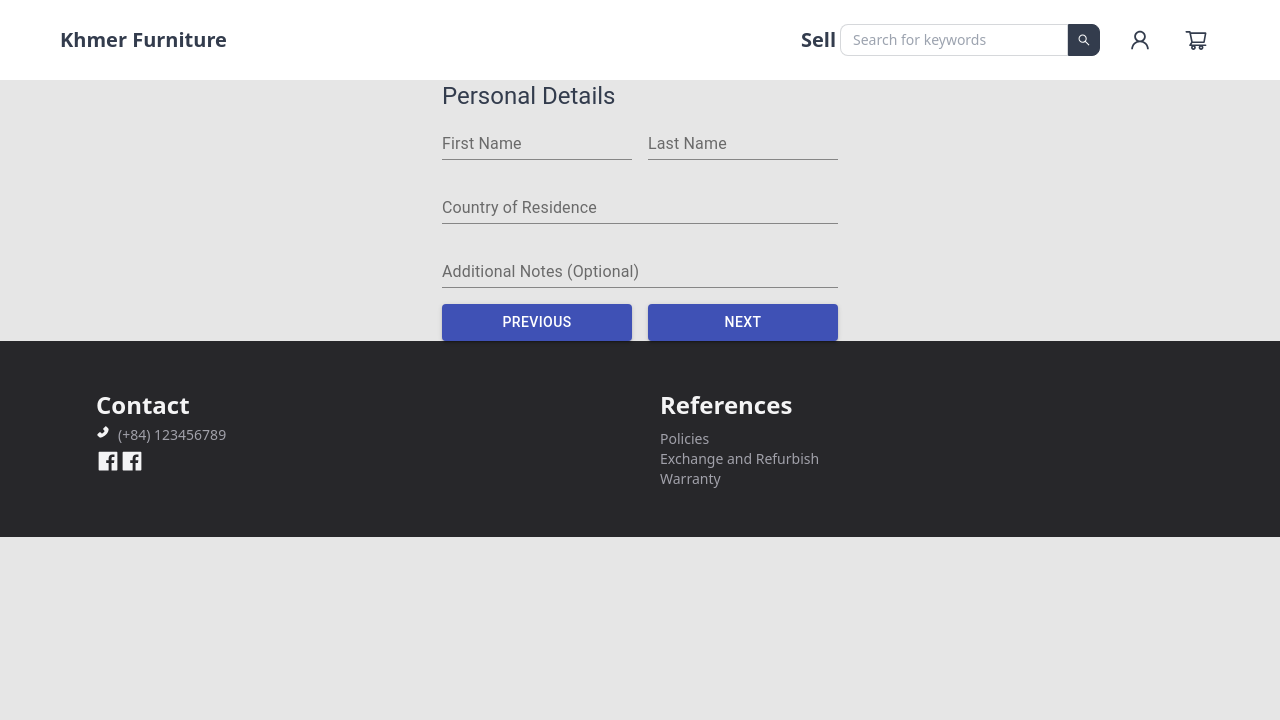
Repository: PlayerNguyen/dotot-shop
Page: /sell (app in client/)
The author's editor kept a copy of each file at every save. The page is drawn from the files as they stood at one save, then again after the next save.
The browser window is 1280 px wide. The pictures show the whole page.
An inner scrolling area shows only its first screen. The project was rebuilt for these pictures with package versions that can differ from the ones it lists, and the page was loaded fresh each time. Also part of the build but not shown: client/src/components/NoMatch/NoMatch.jsx, client/src/components/Sell/Confirmation.js, client/src/components/Sell/Success.js.

Above is the page before, as saved 2022-12-06 11:32:27.

### client/src/index.html
<!DOCTYPE html>
<html lang="en" data-theme="emerald">
  <head>
    <meta charset="UTF-8" />
    <meta http-equiv="X-UA-Compatible" content="IE=edge" />
    <meta name="viewport" content="width=device-width, initial-scale=1.0" />
    <title>dotot.com - Nơi mua bán đồ cũ</title>
    <link rel="stylesheet" href="./index.css" />
  </head>
  <body>
    <div id="app"></div>

    <script src="./index.js" type="module"></script>
  </body>
</html>

### client/src/index.js
import React, { Suspense } from "react";
import client from "react-dom/client";
import { BrowserRouter } from "react-router-dom";
import App from "./App";
import "./index.css";
const appElement = document.getElementById("app");
let root = client.createRoot(appElement);
import { Provider } from "react-redux";
import { store } from "./stores/globalStore";

root.render(
  <React.StrictMode>
    <BrowserRouter>
      <Provider store={store}>
        <App />
      </Provider>
    </BrowserRouter>
  </React.StrictMode>
);

### client/src/App.jsx
import React, { Suspense } from "react";
import { ToastContainer } from "react-toastify";
import { Link, Route, Routes } from "react-router-dom";
const Home = React.lazy(() => import("./components/Home/Home"));
const Credentials = React.lazy(() =>
  import("./components/Credentials/Credentials")
);
import "react-toastify/dist/ReactToastify.css";
const SignUp = React.lazy(() => import("./components/Credentials/SignUp"));
const SignIn = React.lazy(() => import("./components/Credentials/SignIn"));
import Navbar from "./components/Navbar/Navbar";
const SignOut = React.lazy(() => import("./components/Credentials/SignOut"));
const CredentialSelection = React.lazy(() =>
  import("./components/Credentials/CredentialSelection")
);

import NoMatch from "./components/NoMatch/NoMatch";
import Footer from "./components/Footer/Footer";

const Product = React.lazy(() => import("./components/Product/Product"));
const ProductView = React.lazy(() =>
  import("./components/Product/ProductView")
);
const Profile = React.lazy(() => import("./components/Profile/Profile"));
const ProfileGeneral = React.lazy(() =>
  import("./components/Profile/ProfileGeneral")
);
const RequestSignedIn = React.lazy(() =>
  import("./components/RequestSignedIn/RequestSignedIn")
);

import { AiFillHome, AiOutlineUser } from "react-icons/ai";
const Checkout = React.lazy(() => import("./components/Checkout/Checkout"));

import Sell from "./components/Sell/Sell";

export default function App() {
  return (
    <div className="drawer bg-base-200">
      <input id="app-drawer" type="checkbox" className="drawer-toggle" />

      <div className="drawer-content flex flex-col">
        {/* Navbar */}
        <Suspense>
          <Navbar />
        </Suspense>

        {/* Render home */}
        <Routes>
          <Route path="/">
            <Route
              index
              element={
                <Suspense>
                  <Home />
                </Suspense>
              }
            />
            <Route
              path="/users"
              element={
                <Suspense>
                  <Credentials />
                </Suspense>
              }
            >
              {/* TODO: check whether user is logged in or not, to put current */}
              <Route
                index
                element={
                  <Suspense>
                    <CredentialSelection />
                  </Suspense>
                }
              />
              <Route
                path="/users/sign-up"
                element={
                  <Suspense>
                    <SignUp />
                  </Suspense>
                }
              />
              <Route
                path="/users/sign-in"
                element={
                  <Suspense>
                    <SignIn />
                  </Suspense>
                }
              />
              <Route path="/users/sign-out" element={<SignOut />} />
            </Route>
            <Route
              path="/products"
              element={
                <Suspense>
                  <Product />
                </Suspense>
              }
            >
              <Route
                path=":productId"
                element={
                  <Suspense>
                    <ProductView />
                  </Suspense>
                }
              />
            </Route>
            <Route
              element={
                <Suspense>
                  <RequestSignedIn />
                </Suspense>
              }
            >
              <Route
                path="/profile"
                element={
                  <Suspense>
                    <Profile />
                  </Suspense>
                }
              >
                <Route
                  path="/profile/general"
                  element={
                    <Suspense>
                      <ProfileGeneral />
                    </Suspense>
                  }
                />
              </Route>
            </Route>
            <Route
              path="/checkout"
              element={
                <Suspense>
                  <Checkout />
                </Suspense>
              }
            ></Route>
            <Route path="/sell" element={<Sell />} />
            <Route path="*" element={<NoMatch />} />
          </Route>
        </Routes>

        {/* Footer */}
        <Footer />
      </div>
      {/* Drawer side */}
      <div className="drawer-side">
        <label htmlFor="app-drawer" className="drawer-overlay"></label>
        <ul className="menu p-4 overflow-y-auto w-80 bg-base-100">
          <li>
            <Link to="/" className="">
              <i>
                <AiFillHome />
              </i>
              <span>Home</span>
            </Link>
          </li>

          <li>
            <Link to="/profile">
              <i>
                <AiOutlineUser />
              </i>
              <span>Users</span>
            </Link>
          </li>
        </ul>
      </div>

      <ToastContainer />
    </div>
  );
}

### client/src/stores/globalStore.ts
import { configureStore } from "@reduxjs/toolkit";
import cartSliceReducer from "../slices/CartSlice";
export const store = configureStore({
  reducer: {
    cart: cartSliceReducer,
  },
});

// Infer the `RootState` and `AppDispatch` types from the store itself
export type RootState = ReturnType<typeof store.getState>;
// Inferred type: {posts: PostsState, comments: CommentsState, users: UsersState}
export type AppDispatch = typeof store.dispatch;

### client/src/components/Navbar/Navbar.jsx
import { useState } from "react";
import {
  AiFillSetting,
  AiOutlineSearch,
  AiOutlineShoppingCart,
  AiOutlineUser,
} from "react-icons/ai";
import { ImExit } from "react-icons/im";
import { FiMenu } from "react-icons/fi";
import { Link } from "react-router-dom";

export default function Navbar() {
  const [cartSize, setCartSize] = useState(0);
  const [signedIn, setSignedIn] = useState(false);

  useState(() => {
    setSignedIn(localStorage.getItem("token") !== null);
  }, [localStorage]);

  return (
    <div className="navbar bg-base-100 lg:px-12">
      {/* Navbar start section */}
      <div className="flex flex-row lg:hidden">
        <label htmlFor="app-drawer" className="drawer-button btn btn-ghost">
          <FiMenu className="text-xl" />
        </label>
      </div>

      <div className="flex-1 px-3">
        <Link to="/">
          <h1 className="text-xl font-bold">Khmer Furniture</h1>
        </Link>
      </div>

      {/* Wide screen  */}
      <div className="hidden lg:flex flex-row gap-1 text-2xl">
      <Link to="/sell">
          <h1 className="text-xl font-bold">Sell </h1>
          <span></span>
        </Link>
        {/* Search group */}
        <div>
          <div className=" input-group">
            <input
              className="input input-bordered input-sm"
              placeholder="Search for keywords"
            />
            <button className="btn btn-square btn-sm">
              <AiOutlineSearch />
            </button>
          </div>
        </div>
        {/* Link group */}
        <div className="menu menu-horizontal p-2 rounded-box text-md">
          {!signedIn ? (
            <li>
              <Link to={"/users/"}>
                <AiOutlineUser />
              </Link>
            </li>
          ) : (
            <li>
              <div className="dropdown dropdown-end dropdown-hover block">
                <label tabIndex={0}>
                  <AiOutlineUser />
                </label>
                <ul
                  tabIndex={0}
                  className="menu dropdown-content p-2 shadow bg-base-100 rounded-box w-52 mt-4 text-sm"
                >
                  <li className="block">
                    <Link to="/profile">
                      <AiFillSetting />
                      Profile
                    </Link>
                  </li>
                  <li className="block">
                    <Link to={`/users/sign-out`}>
                      <ImExit />
                      Sign out
                    </Link>
                  </li>
                </ul>
              </div>
            </li>
          )}

          <li>
            <Link to={"/checkout"} className="relative">
              <AiOutlineShoppingCart />
              {cartSize && cartSize > 0 ? (
                <span className="text-sm ">{cartSize}</span>
              ) : null}
            </Link>
          </li>
        </div>
      </div>

      {/* For small screen */}
      <div className="lg:hidden">
        <div className="menu menu-horizontal p-2 rounded-box text-xl">
          {/* Shopping cart */}
          <li>
            <a className="relative">
              <span>
                <AiOutlineShoppingCart />
              </span>
              {cartSize && cartSize > 0 ? (
                <span className="absolute text-sm left-2 top-2 bg-red-400 px-2 rounded-full text-white">
                  {cartSize}
                </span>
              ) : null}
            </a>
          </li>
          {/* Search */}
          <li>
            <a className="relative">
              <AiOutlineSearch />
            </a>
          </li>
        </div>
      </div>
    </div>
  );
}

### client/src/components/Footer/Footer.jsx
import React from "react";
import { AiFillFacebook, AiFillPhone } from "react-icons/ai";

export default function Footer() {
  return (
    <div className="footer-wrapper bg-zinc-800 text-zinc-100 md:px-12">
      <footer className="footer p-12 min-h-[20vh] flex flex-col gap-4 sm:flex-row  sm:gap-10">
        <div className="flex flex-col gap-1 flex-1">
          {/* <div className="font-bold text-2xl">General</div> */}
          <div className={`font-bold text-2xl`}>Contact</div>

          <div>
            <div className="flex flex-row gap-2">
              <span>
                <AiFillPhone />
              </span>
              <span className="text-zinc-400">(+84) 123456789</span>
            </div>
            {/* Social medias */}
            <div className="flex flex-row text-2xl my-1">
              <div>
                <AiFillFacebook />
              </div>
              <div>
                <AiFillFacebook />
              </div>
            </div>
          </div>
        </div>

        <div className="flex-1">
          <div className="text-2xl font-bold">References</div>
          <div className="text-zinc-400">
            <div>Policies</div>
            <div>Exchange and Refurbish</div>
            <div>Warranty</div>
          </div>
        </div>
      </footer>
    </div>
  );
}

### client/src/components/Sell/Sell.jsx
import React, { Component } from 'react'
import UserDetails from './ProductDetails';
import ProductDetails from './UserDetails';
import Confirmation from './Confirmation';
import Success from './Success';

export default class Sell extends Component{

  state = {
    step: 1,
    category: '',
    username: '',
    password: '',
    firstName: '',
    lastName: '',
    country: '',
    levelOfEducation: '',
  }

  // go back to previous step
  prevStep = () => {
    const { step } = this.state;
    this.setState({ step: step - 1 });
  }

  // proceed to the next step
  nextStep = () => {
    const { step } = this.state;
    this.setState({ step: step + 1 });
  }

  // Handle fields change
  handleChange = input => e => {
    this.setState({ [input]: e.target.value });
  }

  render() {
    const { step } = this.state;
    const { category, username, password, firstName, lastName, country, levelOfEducation } = this.state;
    const values = { category, username, password, firstName, lastName, country, levelOfEducation }

    switch(step) {
      case 1:
        return (
          <ProductDetails
            nextStep={ this.nextStep }
            handleChange={ this.handleChange }
            values={ values }
          />
        )
      case 2:
        return (
          <UserDetails
            prevStep={ this.prevStep }
            nextStep={ this.nextStep }
            handleChange={ this.handleChange }
            values={ values }
          />
        )
      case 3:
          return (
            <Confirmation
              prevStep={ this.prevStep }
              nextStep={ this.nextStep }
              values={ values }
            />
          )
        case 4:
          return (
            <Success />
          )
      default:
          // do nothing
    }
  }

}

### client/src/slices/CartSlice.ts
import { createSlice } from "@reduxjs/toolkit";
import type { PayloadAction } from "@reduxjs/toolkit";

const cart = localStorage.getItem(
  process.env.CART_ITEM_KEY_NAME ? process.env.CART_ITEM_KEY_NAME : "cartItems"
);
const initialState = {
  items: cart ? JSON.parse(cart) : new Set(),
};

const CartSlice = createSlice({
  name: "Cart",
  initialState,
  reducers: {
    addCartItem: (state, action: PayloadAction<string>) => {
      if (!state.items.includes(action.payload)) {
        state.items = [...state.items, action.payload];
      }
    },
    removeCartItem: (state, action: PayloadAction<string>) => {
      state.items = [...state.items].filter((ele) => ele !== action.payload);
    },
    clearCartItem: (state) => {
      state.items = [];
    },
  },
});

export const { addCartItem, removeCartItem, clearCartItem } = CartSlice.actions;

export default CartSlice.reducer;

### client/src/components/Sell/UserDetails.js
import React from 'react'
import { Container, Typography, Grid, TextField, Button } from '@material-ui/core'

const UserDetails = ({ prevStep, nextStep, handleChange, values }) => {

    const Continue = e => {
      e.preventDefault();
      nextStep();
    }

    const Previous = e => {
      e.preventDefault();
      prevStep();
    }

    return (
      <Container  component="main" maxWidth="xs">
        <div>
          <Typography  component="h1" variant="h5">
           Personal Details
          </Typography>
          <form>
            <Grid container spacing={2}>

              {/* first name */}
              <Grid item xs={12} sm={6}>
                <TextField
                  placeholder="First Name"
                  label="First Name"
                  onChange={handleChange('firstName')}
                  defaultValue={values.firstName}
                />
              </Grid>
              {/* last name */}
              <Grid item xs={12} sm={6}>
                <TextField
                  placeholder="Last Name"
                  label="Last Name"
                  onChange={handleChange('lastName')}
                  defaultValue={values.lastName}
                />
              </Grid>

              {/* country of residence */}
              <Grid item xs={12}>
                <TextField
                  placeholder=""
                  label="Country of Residence"
                  onChange={handleChange('country')}
                  defaultValue={values.country}
                  autoComplete="country"
                  fullWidth
                />
              </Grid>

              {/* level of education */}
              <Grid item xs={12}>
                <TextField
                  placeholder="Additional Notes (Optional)"
                  label="Additional Notes (Optional)"
                  onChange={handleChange('levelOfEducation')}
                  defaultValue={values.levelOfEducation}
                  autoComplete="Level of Education"
                  fullWidth
                />
              </Grid>
              <Grid item xs={12} sm={6}>
                <Button
                  onClick={ Previous }
                  type="submit"
                  fullWidth
                  variant="contained"
                  color="primary"
                >
                  Previous
                </Button>
              </Grid>
              <Grid item xs={12} sm={6}>
                <Button
                  onClick={ Continue }
                  type="submit"
                  fullWidth
                  variant="contained"
                  color="primary"
                >
                  Next
                </Button>
              </Grid>
            </Grid>
          </form>
        </div>
      </Container>
    )
  }

export default UserDetails

### client/tailwind.config.js
/** @type {import('tailwindcss').Config} */
module.exports = {
  content: ["./src/**/*.{html,js,ts,jsx,tsx}"],
  theme: {
    extend: {},
  },
  plugins: [require("daisyui")],
  // daisyUI config (optional)
  daisyui: {
    styled: true,
    themes: true,
    base: true,
    utils: true,
    logs: true,
    rtl: false,
    prefix: "",
    darkTheme: "dark",
  },
};

### client/src/components/Sell/ProductDetails.js
import React from 'react'
// import { makeStyles } from '@material-ui/core/styles';
import { Container, Typography, Grid, TextField, Button } from '@material-ui/core'


const ProductDetails = ({ nextStep, handleChange, values }) => {

    // for continue event listener
    const Continue = e => {
      e.preventDefault();
      nextStep();
    }

    return (
      <Container  component="main" maxWidth="xs">
        <div>
        <div> Selling with Khmer furniture is free and easy. We look for furniture that meets our standards for quality and durability.
          After your pickup, we’ll email you an instant offer </div>
          <br/>
          <div> Accept it, and you can cash out immediately without waiting for your items to sell.
           Decline or ignore your offer and you’ll earn a revenue share post-sale instead.</div>
           <br/>
          <Typography  component="h1" variant="h5" className='content-center bold'>
           Item info
          </Typography>
          <form>
            <Grid container spacing={2}>
                {/* Category */}
                <Grid item xs={12}>
                  <TextField
                    placeholder="Category type"
                    label="What Type of Item Is It?"
                    onChange={handleChange('category')}
                    defaultValue={values.category}
                    // variant="outlined"
                    autoComplete="chair"
                    fullWidth
                  />
                </Grid>
                <br />
                {/* username */}
                <Grid item xs={12}>
                  <TextField
                    placeholder="Username"
                    label="Username"
                    onChange={handleChange('username')}
                    defaultValue={values.username}
                    // variant="outlined"
                    autoComplete="username"
                    fullWidth
                  />
                </Grid>
                <br />
                {/* password */}
                <Grid item xs={12}>
                  <TextField
                    placeholder="Password"
                    label="Password"
                    onChange={handleChange('password')}
                    defaultValue={values.password}
                    // variant="outlined"
                    autoComplete="password"
                    fullWidth
                    type="password"
                  />
                </Grid>
            </Grid>
            <br />
            <Button
              onClick={ Continue }
              type="submit"
              fullWidth
              variant="contained"
              color="primary"
            >
              Next
            </Button>
          </form>
        </div>
        <br/>
      </Container>
    )
  }

  export default ProductDetails

Loaded but not shown: client/src/index.css (common file)

After the next save:
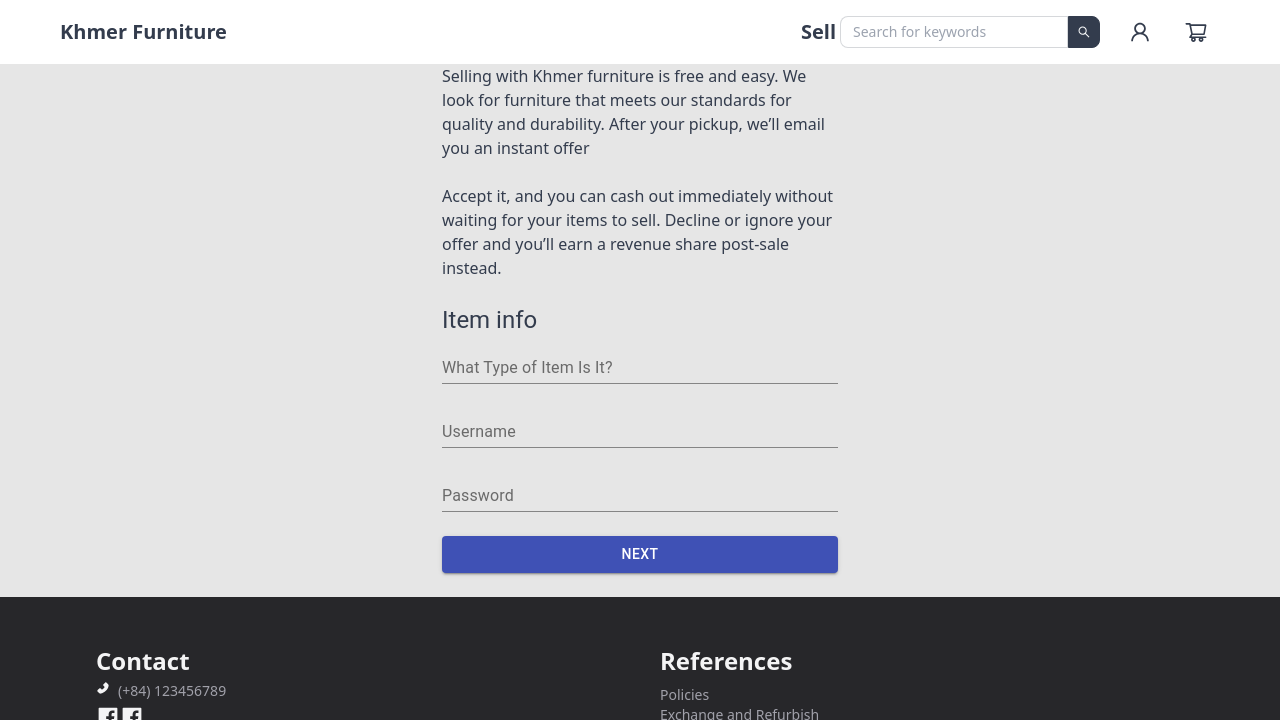
Saved 3 min 26 s later.
--- a/client/src/components/Sell/Sell.jsx
+++ b/client/src/components/Sell/Sell.jsx
@@ -1,6 +1,6 @@
 import React, { Component } from 'react'
-import UserDetails from './ProductDetails';
-import ProductDetails from './UserDetails';
+import ProductDetails from './ProductDetails';
+import UserDetails from './UserDetails';
 import Confirmation from './Confirmation';
 import Success from './Success';
 
